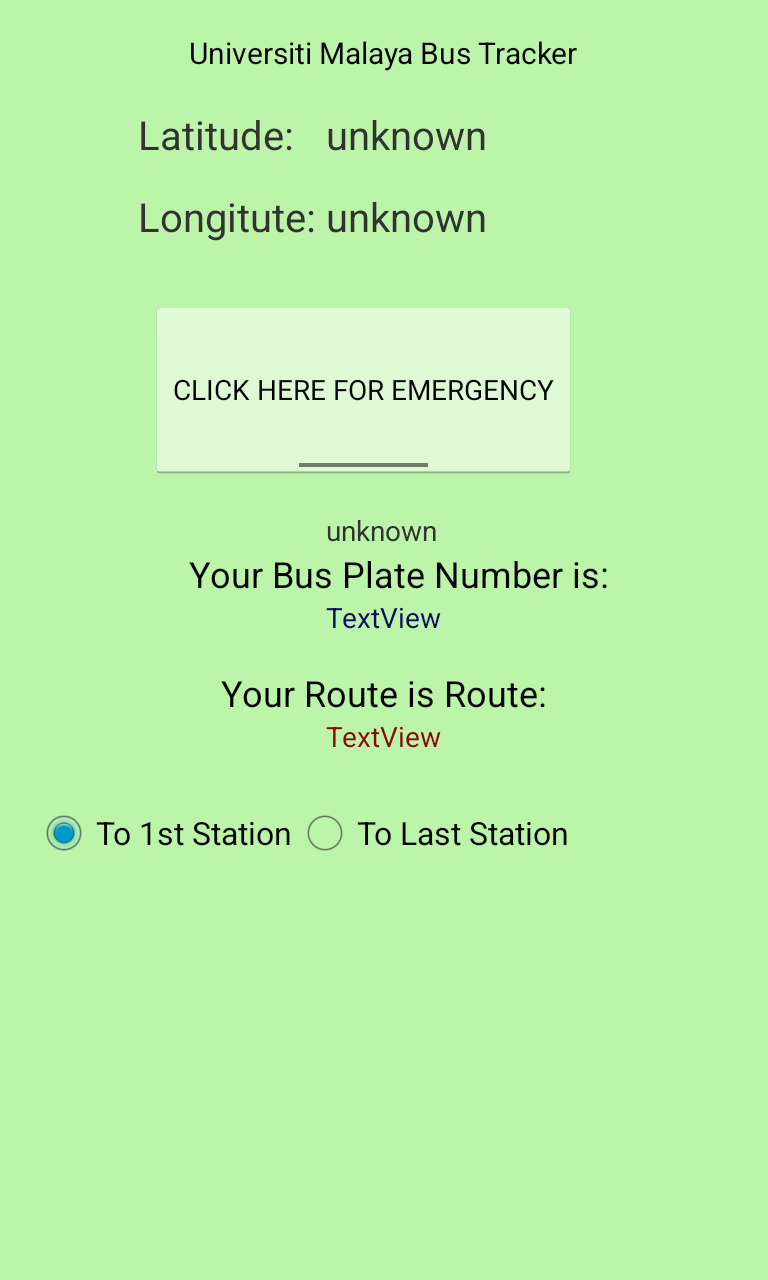
Repository: patheon17/myrepo2
Layout: workspace/UMBusTracker/res/layout/activity_main.xml
These files come from the project's save history. The layout is drawn as it stood at one moment and after a run of saves; the edit follows.
It is drawn on a 768 x 1280 px phone screen (xhdpi) without system bars, with theme AppTheme; the app's code is not run.

Above is the layout before, as saved 2013-10-01 08:56:20.

### workspace/UMBusTracker/res/layout/activity_main.xml
<RelativeLayout xmlns:android="http://schemas.android.com/apk/res/android"
    xmlns:tools="http://schemas.android.com/tools"
    android:layout_width="match_parent"
    android:layout_height="match_parent"
    android:background="@color/appbackground"
    android:paddingBottom="@dimen/activity_vertical_margin"
    android:paddingLeft="@dimen/activity_horizontal_margin"
    android:paddingRight="@dimen/activity_horizontal_margin"
    android:paddingTop="@dimen/activity_vertical_margin"
    tools:context=".MainActivity" >

    <TextView
        android:id="@+id/textView1"
        android:layout_width="wrap_content"
        android:layout_height="wrap_content"
        android:layout_below="@+id/textView2"
        android:layout_centerHorizontal="true"
        android:text="TextView"
        android:textColor="#0B0B61" />

    <TextView
        android:id="@+id/providerlist"
        android:layout_width="wrap_content"
        android:layout_height="wrap_content"
        android:layout_alignLeft="@+id/textView1"
        android:layout_below="@+id/toggleButton1"
        android:layout_marginTop="16dp"
        android:text="@string/providerslist"
        android:textAppearance="?android:attr/textAppearanceSmall" />

    <TextView
        android:id="@+id/TextView04"
        android:layout_width="wrap_content"
        android:layout_height="wrap_content"
        android:layout_alignLeft="@+id/TextView02"
        android:layout_below="@+id/TextView02"
        android:layout_marginTop="14dp"
        android:text="unknown"
        android:textSize="20dip" />

    <TextView
        android:id="@+id/title"
        android:layout_width="wrap_content"
        android:layout_height="wrap_content"
        android:layout_alignParentTop="true"
        android:layout_centerHorizontal="true"
        android:text="@string/Apptitle"
        android:textAppearance="?android:attr/textAppearanceLarge"
        android:textSize="@dimen/titlesize" />

    <TextView
        android:id="@+id/TextView02"
        android:layout_width="wrap_content"
        android:layout_height="wrap_content"
        android:layout_alignBaseline="@+id/TextView01"
        android:layout_alignBottom="@+id/TextView01"
        android:layout_alignLeft="@+id/providerlist"
        android:text="unknown"
        android:textSize="20dip" />

    <TextView
        android:id="@+id/TextView03"
        android:layout_width="wrap_content"
        android:layout_height="wrap_content"
        android:layout_above="@+id/toggleButton1"
        android:layout_toLeftOf="@+id/TextView04"
        android:text="Longitute: "
        android:textSize="20dip" />

    <TextView
        android:id="@+id/TextView01"
        android:layout_width="wrap_content"
        android:layout_height="wrap_content"
        android:layout_alignLeft="@+id/TextView03"
        android:layout_below="@+id/title"
        android:layout_marginTop="17dp"
        android:text="Latitude: "
        android:textSize="20dip" />

    <ToggleButton
        android:id="@+id/toggleButton1"
        android:layout_width="wrap_content"
        android:layout_height="90sp"
        android:layout_alignRight="@+id/title"
        android:layout_below="@+id/TextView04"
        android:layout_marginTop="28dp"
        android:text="ToggleButton"
        android:textOff="CLICK HERE FOR EMERGENCY"
        android:textOn="EMERGENCY!!, Click again to deactivate" />

    <TextView
        android:id="@+id/textView2"
        android:layout_width="wrap_content"
        android:layout_height="wrap_content"
        android:layout_alignLeft="@+id/title"
        android:layout_below="@+id/providerlist"
        android:text="Your Bus Plate Number is:"
        android:textAppearance="?android:attr/textAppearanceMedium" />

    <TextView
        android:id="@+id/textView3"
        android:layout_width="wrap_content"
        android:layout_height="wrap_content"
        android:layout_below="@+id/textView1"
        android:layout_centerHorizontal="true"
        android:layout_marginTop="16dp"
        android:text="Your Route is Route:"
        android:textAppearance="?android:attr/textAppearanceMedium" />

    <TextView
        android:id="@+id/textView4"
        android:layout_width="wrap_content"
        android:layout_height="wrap_content"
        android:layout_alignLeft="@+id/textView1"
        android:layout_below="@+id/textView3"
        android:text="TextView"
        android:textColor="#8A0808" />

    <RadioButton
        android:id="@+id/radioButton2"
        android:layout_width="wrap_content"
        android:layout_height="wrap_content"
        android:layout_alignTop="@+id/radioButton1"
        android:layout_toRightOf="@+id/radioButton1"
        android:text="To Last Station" />

    <RadioButton
        android:id="@+id/radioButton1"
        android:layout_width="wrap_content"
        android:layout_height="wrap_content"
        android:layout_alignParentLeft="true"
        android:layout_below="@+id/textView4"
        android:layout_marginTop="23dp"
        android:text="To 1st Station"
        android:checked="true"/>

</RelativeLayout>

### workspace/UMBusTracker/res/values/styles.xml
<resources>

    <!--
        Base application theme, dependent on API level. This theme is replaced
        by AppBaseTheme from res/values-vXX/styles.xml on newer devices.
    -->
    <style name="AppBaseTheme" parent="android:Theme.Light">
        <!--
            Theme customizations available in newer API levels can go in
            res/values-vXX/styles.xml, while customizations related to
            backward-compatibility can go here.
        -->
    </style>

    <!-- Application theme. -->
    <style name="AppTheme" parent="AppBaseTheme">
        <!-- All customizations that are NOT specific to a particular API-level can go here. -->
    </style>
    <color name="appbackground">#BCF5A9</color>

</resources>

### workspace/UMBusTracker/res/values/dimens.xml
<resources>

    <!-- Default screen margins, per the Android Design guidelines. -->
    <dimen name="activity_horizontal_margin">16dp</dimen>
    <dimen name="activity_vertical_margin">16dp</dimen>
    <dimen name="titlesize">15dp</dimen>

</resources>

### workspace/UMBusTracker/res/values/strings.xml
<?xml version="1.0" encoding="utf-8"?>
<resources>

    <string name="app_name">UM Bus Tracker</string>
    <string name="action_settings">Settings</string>
    <string name="hello_world">Hello world!</string>
    <string name="Apptitle">Universiti Malaya Bus Tracker</string>
    <string name="button1">Get GPS</string>
    <string name="providerstatus">unknown</string>
    <string name="providerslist">unknown</string>
    <string name="gpsstatus">Current GPS status :</string>
    <string name="locprov1">Location Provider</string>
    <string name="network">Network location</string>
    <string name="title_activity_set_plate_num">SetPlateNum</string>

</resources>

Loaded but not shown: workspace/UMBusTracker/res/values-v11/styles.xml (common file); workspace/UMBusTracker/res/values-v14/styles.xml (common file)

After the next 2 saves:
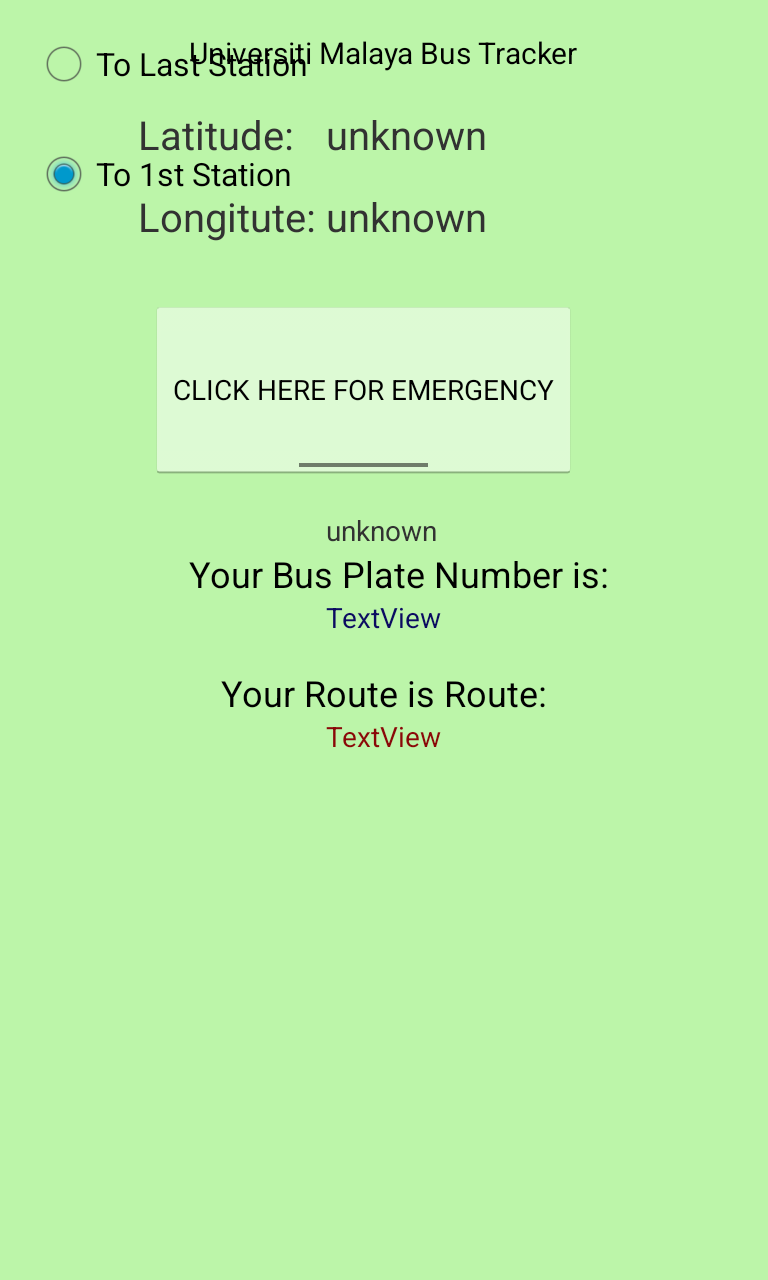
The 2 saves are shown as one change because 1 did not build or start.
The last was saved 3 min 47 s later.
--- a/workspace/UMBusTracker/res/layout/activity_main.xml
+++ b/workspace/UMBusTracker/res/layout/activity_main.xml
@@ -116,8 +116,13 @@
         android:text="TextView"
         android:textColor="#8A0808" />
 
+    <RadioGroup
+        android:id="@+id/radiostopsdir"
+        android:layout_width="wrap_content"
+        android:layout_height="wrap_content" >
+
     <RadioButton
-        android:id="@+id/radioButton2"
+        android:id="@+id/radiotolast"
         android:layout_width="wrap_content"
         android:layout_height="wrap_content"
         android:layout_alignTop="@+id/radioButton1"
@@ -125,7 +130,7 @@
         android:text="To Last Station" />
 
     <RadioButton
-        android:id="@+id/radioButton1"
+        android:id="@+id/radiotofirst"
         android:layout_width="wrap_content"
         android:layout_height="wrap_content"
         android:layout_alignParentLeft="true"
@@ -134,4 +139,6 @@
         android:text="To 1st Station"
         android:checked="true"/>
 
+    </RadioGroup>
+
 </RelativeLayout>
